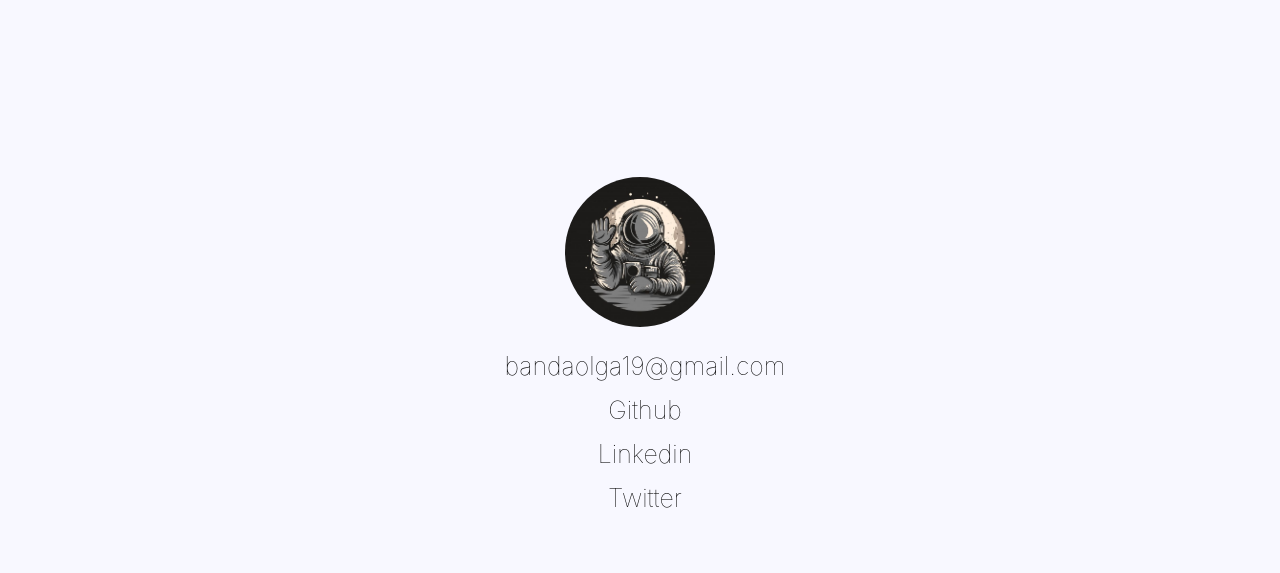
Repository: G1ft-Banda/My-portfolio-Website
Page: /
These files come from the project's save history. The page is drawn as it stood at one moment and after the next save; the edit follows.
The browser window is 1280 px wide. The pictures show the whole page.
The project was rebuilt for these pictures with package versions that can differ from the ones it lists, and the page was loaded fresh each time. The framework's server and built-in components were replaced by stand-ins that run in the browser. Also part of the build but not shown: next.config.js.

Above is the page before, as saved 2022-09-29 11:23:25.

After the next save:
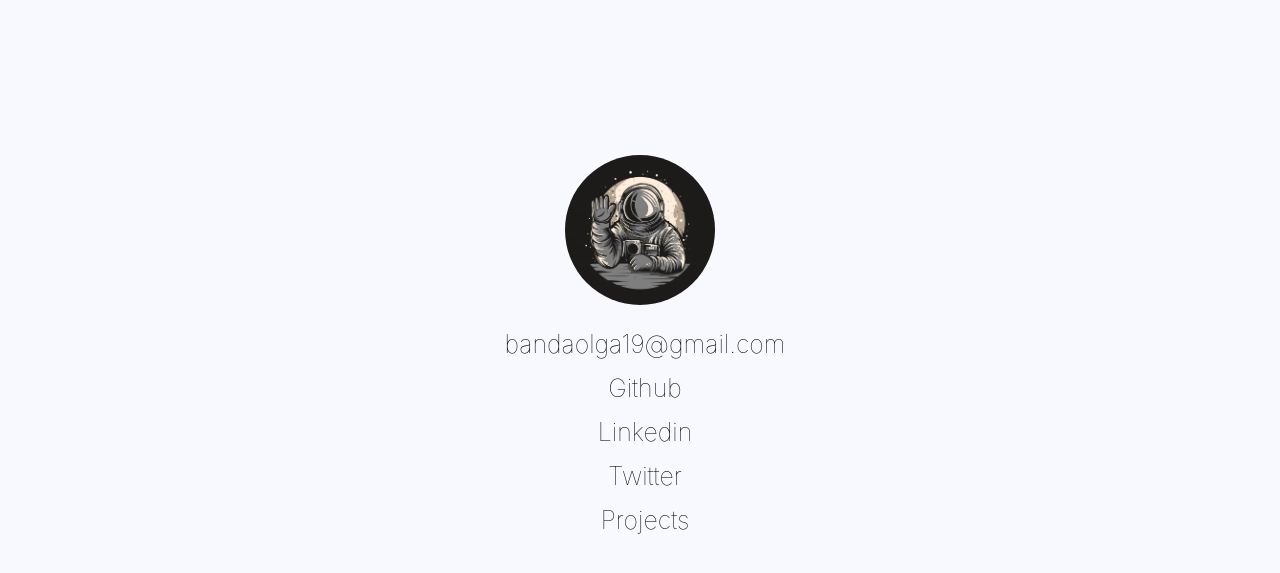
Saved 2 min 10 s later.
--- a/pages/index.js
+++ b/pages/index.js
@@ -30,6 +30,10 @@ export default function Home() {
             <i class="fa-brands fa-twitter"></i>
             <a href="https://twitter.com/giftbanda00">Twitter</a>
           </li>
+          <li className="social-links">
+            <i class="fa-brands fa-twitter"></i>
+            <a href="https://twitter.com/giftbanda00">Projects</a>
+          </li>
         </ul>
       </main>
     </div>
